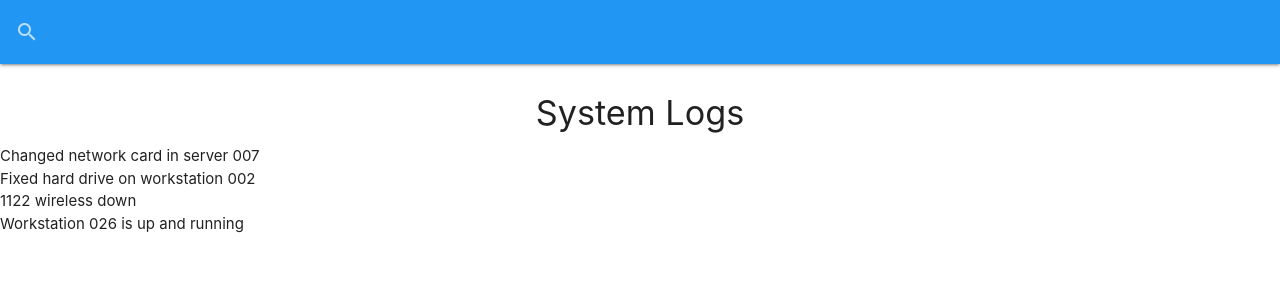
Repository: faraznisar/It-Logger
Page: /
The author's editor kept a copy of each file at every save. The page is drawn from the files as they stood at one save, then again after the next save.
The browser window is 1280 px wide. The pictures show the whole page.
The project was rebuilt for these pictures with package versions that can differ from the ones it lists, and the page was loaded fresh each time. Requests to the local data server were answered from the project's data file. Also part of the build but not shown: src/App.css.

Above is the page before, as saved 2020-08-15 15:37:34.

### public/index.html
<!DOCTYPE html>
<html lang="en">
  <head>
    <meta charset="utf-8" />
    <meta name="viewport" content="width=device-width, initial-scale=1" />
    <meta name="theme-color" content="#000000" />
    <meta
      name="description"
      content="Web site created using create-react-app"
    />
    <link
      href="https://fonts.googleapis.com/icon?family=Material+Icons"
      rel="stylesheet"
    />

    <title>IT Logger</title>
  </head>
  <body>
    <noscript>You need to enable JavaScript to run this app.</noscript>
    <div id="root"></div>
  </body>
</html>

### src/App.js
import React, { useEffect, Fragment } from "react";
import "materialize-css/dist/css/materialize.min.css";
import M from "materialize-css/dist/js/materialize.min.js";
import "./App.css";

import SearchBar from "./components/layout/SearchBar";
import Logs from "./components/logs/Logs";

function App() {
  useEffect(() => {
    M.AutoInit();
  });
  return (
    <Fragment>
      <SearchBar />
      <Logs />
    </Fragment>
  );
}

export default App;

### src/components/layout/SearchBar.js
import React from "react";

const SearchBar = () => {
  return (
    <nav style={{ marginBottom: "30px" }} className="blue">
      <div className="nav-wrapper">
        <form>
          <div className="input-field">
            <input id="search" type="search" />
            <label className="label-icon" htmlFor="search">
              <i className="material-icons">search</i>
            </label>
            <i className="material-icons">close</i>
          </div>
        </form>
      </div>
    </nav>
  );
};

export default SearchBar;

### src/components/logs/Logs.js
import React, { useState, useEffect } from "react";

const Logs = () => {
  const [logs, setLogs] = useState([]);

  const [loading, setLoading] = useState(false);

  useEffect(() => {
    getLogs();
    //eslint-disable-next-line
  }, []);

  const getLogs = async () => {
    setLoading(true);
    const res = await fetch("/logs");
    const data = await res.json();

    setLogs(data);
    setLoading(false);
  };

  if (loading) {
    return <h4>Loading...</h4>;
  }
  return (
    <ul className="collection-with-header">
      <li className="collection-header">
        <h4 className="center">System Logs</h4>
      </li>
      {!loading && logs.length === 0 ? (
        <p className="center">No logs to display...</p>
      ) : (
        logs.map((log) => <li>{log.message}</li>)
      )}
    </ul>
  );
};

export default Logs;

### db.json
{
  "logs": [
    {
      "message": "Changed network card in server 007",
      "attention": false,
      "tech": "Sam Smith",
      "date": "2019-05-31T15:46:10.179Z",
      "id": 1
    },
    {
      "id": 2,
      "message": "Fixed hard drive on workstation 002",
      "attention": false,
      "tech": "John Doe",
      "date": "2019-05-31T16:18:04.245Z"
    },
    {
      "message": "1122 wireless down",
      "attention": true,
      "tech": "Sara Wilson",
      "date": "2019-05-31T15:46:48.690Z",
      "id": 3
    },
    {
      "id": 4,
      "message": "Workstation 026 is up and running",
      "attention": false,
      "tech": "Sara Wilson",
      "date": "2019-05-31T19:57:35.544Z"
    }
  ],
  "techs": [
    {
      "id": 1,
      "firstName": "John",
      "lastName": "Doe"
    },
    {
      "id": 2,
      "firstName": "Sam",
      "lastName": "Smith"
    },
    {
      "id": 3,
      "firstName": "Sara",
      "lastName": "Wilson"
    },
    {
      "firstName": "Faraz",
      "lastName": "Shah",
      "id": 4
    }
  ]
}

Loaded but not shown: src/index.js (common file)

After the next save:
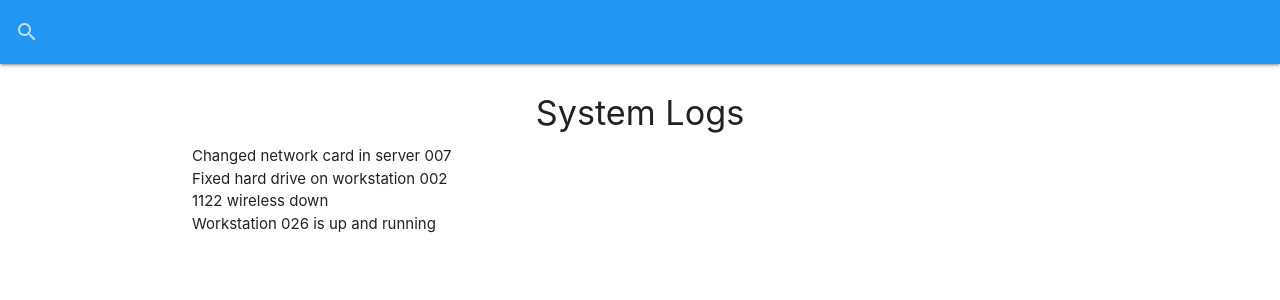
Saved 87 s later.
--- a/src/App.js
+++ b/src/App.js
@@ -13,7 +13,9 @@ function App() {
   return (
     <Fragment>
       <SearchBar />
-      <Logs />
+      <div className="container">
+        <Logs />
+      </div>
     </Fragment>
   );
 }
